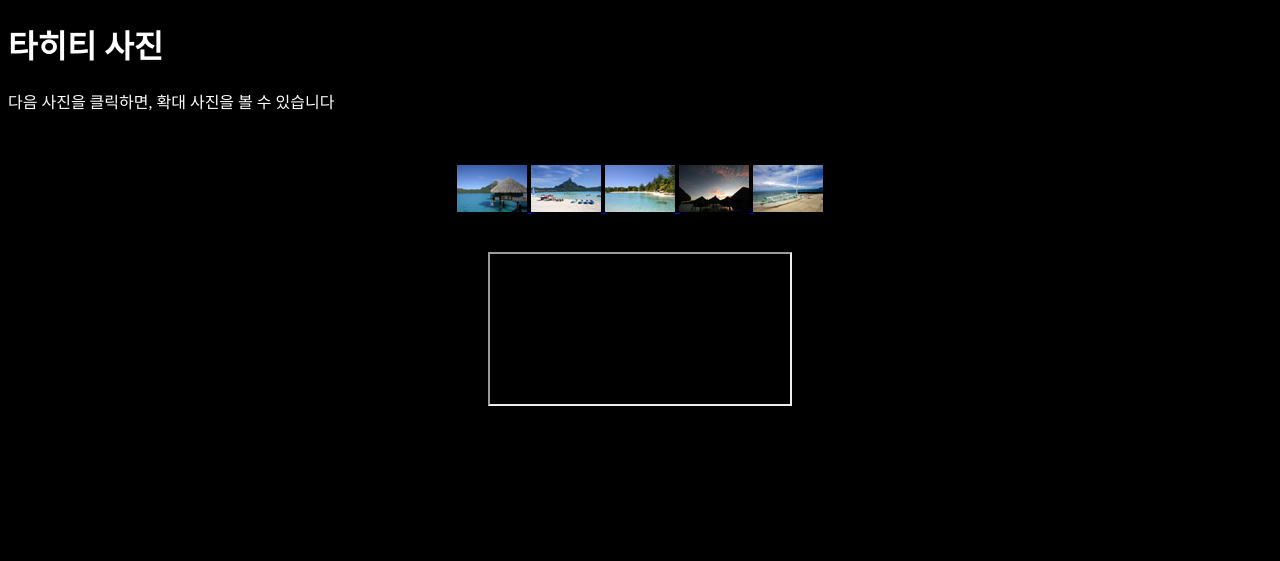
Repository: Jv2020/bitcamp
Page: html/sample03/WebContent/index02.html
An editor plug-in stored every save of this project. The page is shown before and after the next save, followed by the edit.
The browser window is 1280 px wide. The pictures show the whole page.

Above is the page before, as saved 2020-01-03 01:25:14.

After the next save:
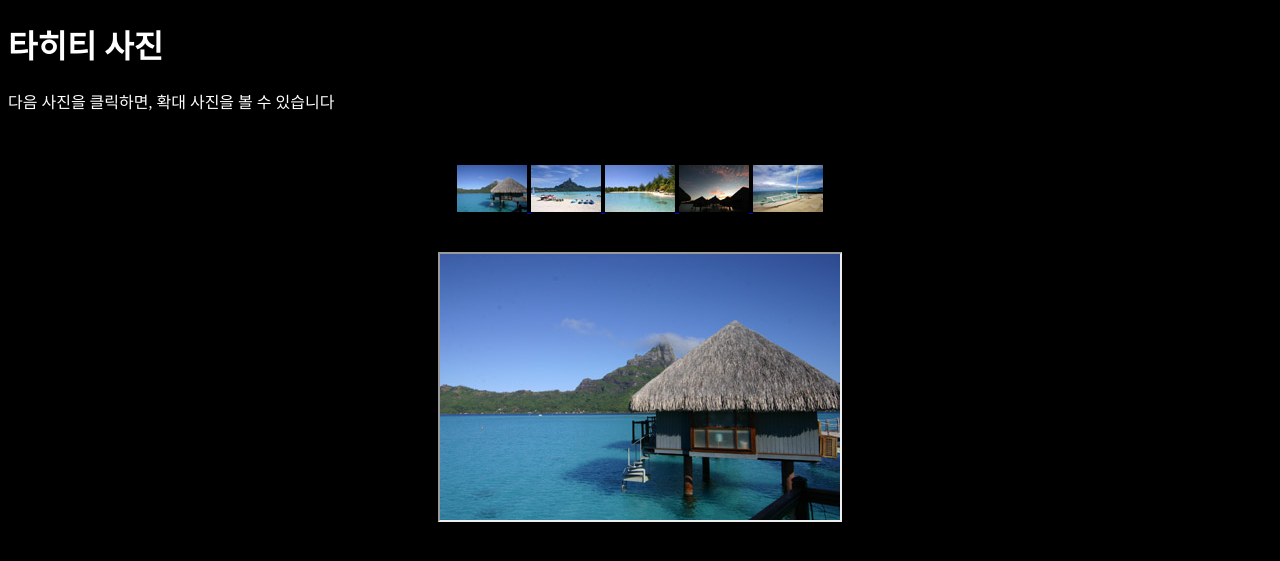
Saved 40 s later.
--- a/html/sample03/WebContent/index02.html
+++ b/html/sample03/WebContent/index02.html
@@ -25,13 +25,13 @@
 		<img alt="" src="./images/tahiti04s.jpg">
 	</a>
 
-	<a href="./images/tahiti05.jpg" target="_blank">
+	<a href="./images/tahiti05.jpg" target="photo">
 		<img alt="" src="./images/tahiti05s.jpg">
 	</a>
 
 <br><br><br>
 
-<iframe src=""./images/tahiti01.jpg"></iframe>
+<iframe src="./images/tahiti01.jpg" width="400" height="266" name="photo"></iframe>
 
 </div>
 </body>
